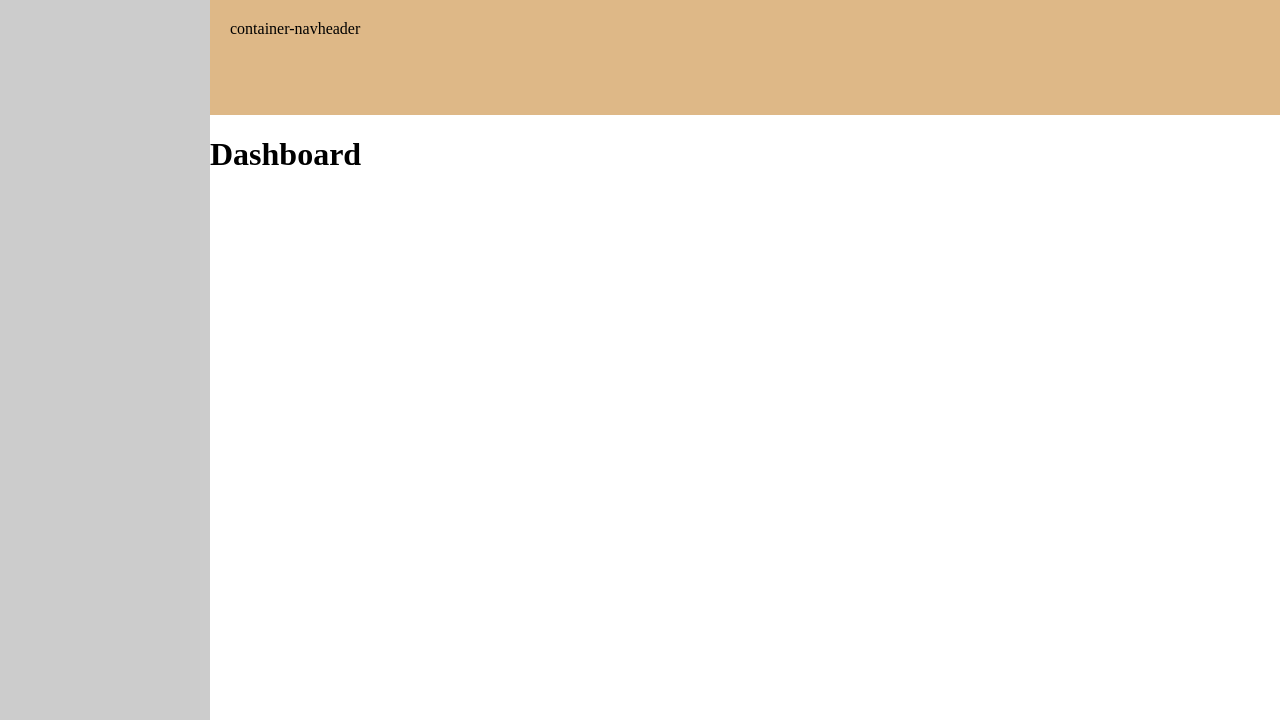
Repository: itmier/tmier-easy-demo
Page: /#/dashboard
These files come from the project's save history. The page is drawn as it stood at one moment and after the next save; the edit follows.
The browser window is 1280 px wide. The pictures show the whole page.
The project was rebuilt for these pictures with package versions that can differ from the ones it lists, and the page was loaded fresh each time. Also part of the build but not shown: vue.config.js, src/utils/request.js, src/api/user.js, src/views/login/index.vue, src/layout/components/SideBar.vue, src/layout/components/AppMain.vue, src/layout/components/NavHeader.vue.

Above is the page before, as saved 2020-08-06 14:28:27.

After the next save:
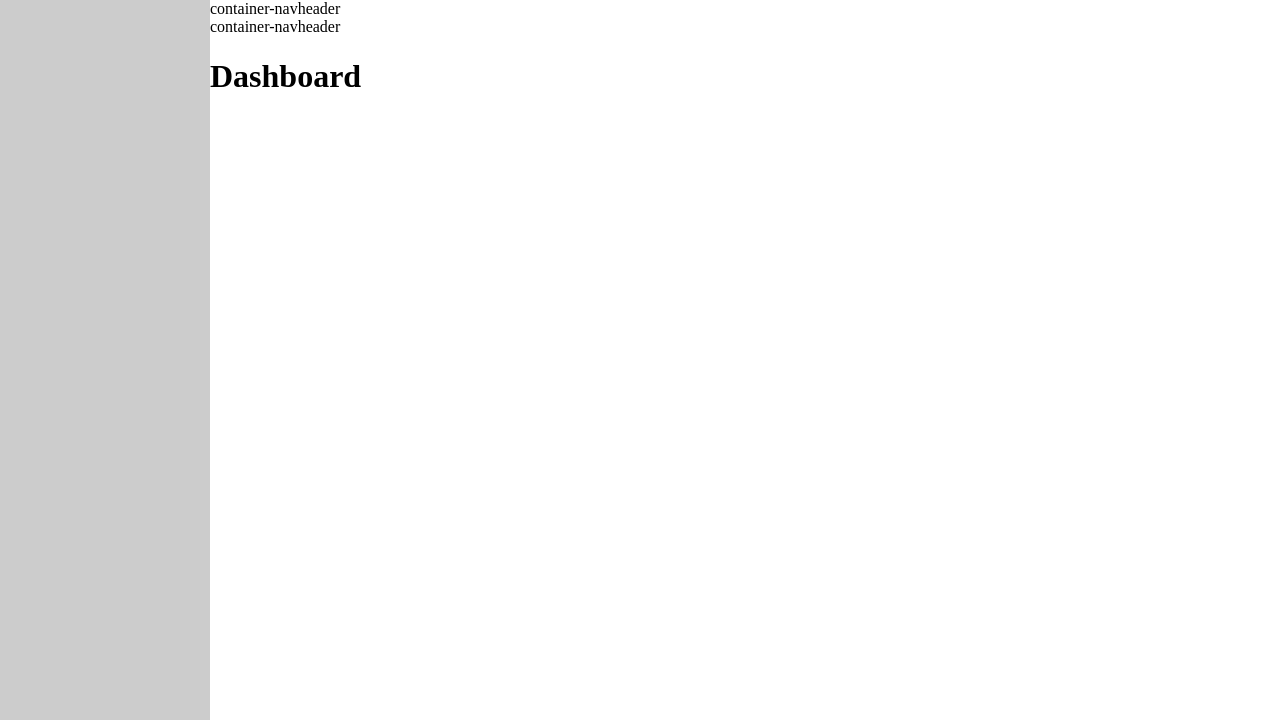
Saved 19 min 9 s later.
--- a/src/layout/index.vue
+++ b/src/layout/index.vue
@@ -1,15 +1,20 @@
 <!--
  * @Author: Tmier
  * @Date: 2020-08-06 11:40:36
- * @LastEditTime: 2020-08-06 14:28:27
+ * @LastEditTime: 2020-08-06 14:47:36
  * @Description:
 -->
 <template>
   <div class="layout">
     <div class="layout-sliderbar"></div>
     <div class="layout-container">
-      <div class="container-navheader">container-navheader</div>
-      <router-view />
+      <div class="container-header">
+        <div class="container-navheader-left">container-navheader</div>
+        <div class="container-navheader-right">container-navheader</div>
+      </div>
+      <div class="container-main">
+        <router-view />
+      </div>
     </div>
   </div>
 </template>
@@ -47,12 +52,14 @@
   }
   .layout-container {
     flex: 1;
-    .container-navheader {
-      height: 115px;
-      box-sizing: border-box;
-      width: 100%;
-      background: burlywood;
-      padding: 20px;
+    .container-header {
+      .container-navheader {
+        height: 115px;
+        box-sizing: border-box;
+        width: 100%;
+        background: burlywood;
+        padding: 20px;
+      }
     }
   }
 }

After the save that followed:
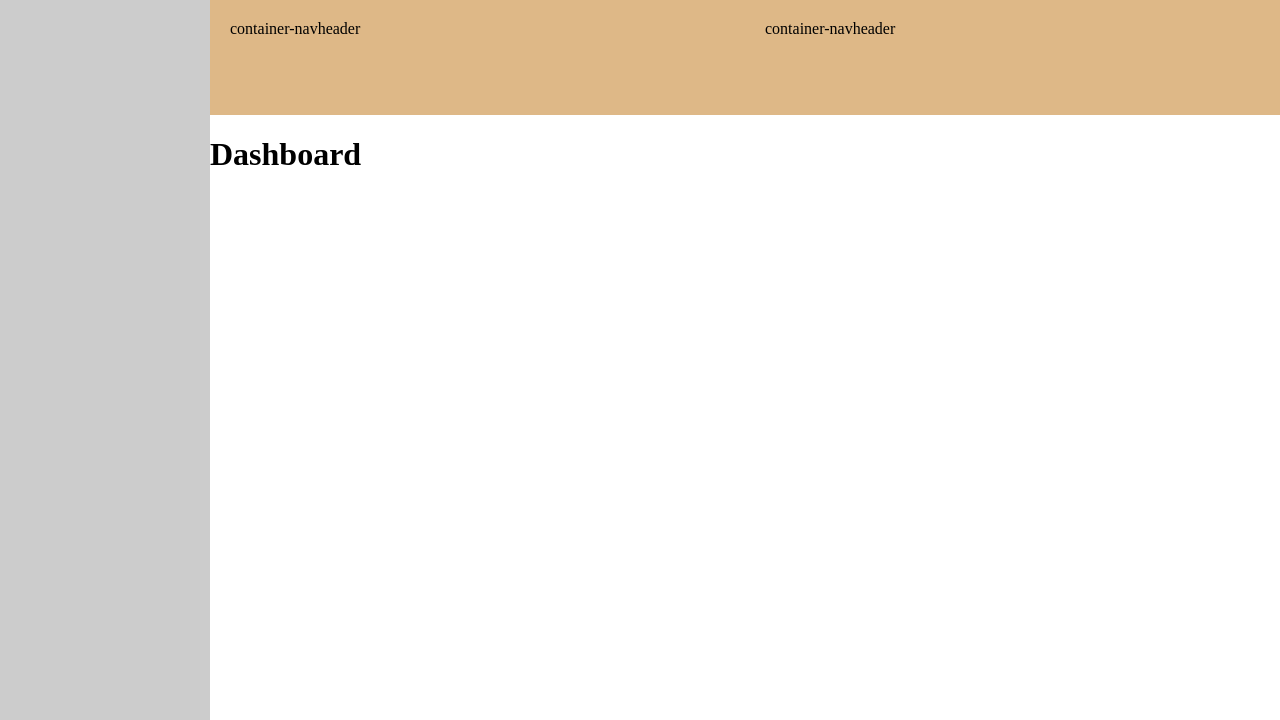
Saved 2 min 46 s later.
--- a/src/layout/index.vue
+++ b/src/layout/index.vue
@@ -1,7 +1,7 @@
 <!--
  * @Author: Tmier
  * @Date: 2020-08-06 11:40:36
- * @LastEditTime: 2020-08-06 14:47:36
+ * @LastEditTime: 2020-08-06 14:50:22
  * @Description:
 -->
 <template>
@@ -52,8 +52,19 @@
   }
   .layout-container {
     flex: 1;
+    display: flex;
+    flex-direction: column;
     .container-header {
-      .container-navheader {
+      display: flex;
+      justify-content: space-between;
+      .container-navheader-left {
+        height: 115px;
+        box-sizing: border-box;
+        width: 100%;
+        background: burlywood;
+        padding: 20px;
+      }
+      .container-navheader-right {
         height: 115px;
         box-sizing: border-box;
         width: 100%;
@@ -61,6 +72,8 @@
         padding: 20px;
       }
     }
+    .container-main {
+    }
   }
 }
 </style>
